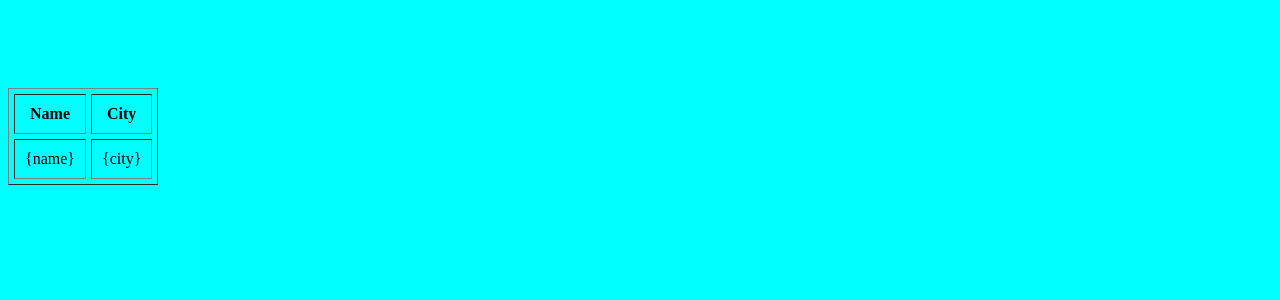
Repository: anuragtiwari3100/Java-Web-Solutions-Kit
Page: http://localhost/redirectToAnotherJspHtml/success.jsp
These files come from the project's save history. The page is drawn as it stood at one moment and after the next save; the edit follows.
The browser window is 1280 px wide. The pictures show the whole page.
The page is served by Tomcat 10. Other server files are loaded and not shown.

Above is the page before, as saved 2024-11-21 11:55:57.

### JspAndServlet/redirectToAnotherJspHtml/src/main/webapp/success.jsp
<%@ page language="java" contentType="text/html; charset=UTF-8"
    pageEncoding="UTF-8"%>
<!DOCTYPE html>
<html>
<head>
<meta charset="UTF-8">
<title>The JSp Page</title>
</head>
<body bgcolor="cyan">
    <h1><marquee>Welcome to our dynamic app</marquee></h1>
    <table border="1" cellspacing="5" cellpadding="10">
        <tr>
            <th>Name</th>
            <th>City</th>
        </tr>
        <tr>
            <td>{name}</td>
            <td>{city}</td>
        </tr>
    </table>
</body>
</html>

After the next save:
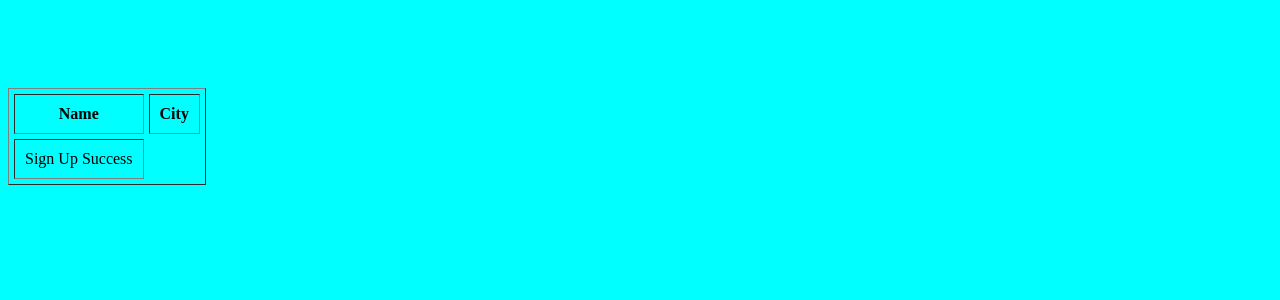
Saved 5 min 6 s later.
--- a/JspAndServlet/redirectToAnotherJspHtml/src/main/webapp/success.jsp
+++ b/JspAndServlet/redirectToAnotherJspHtml/src/main/webapp/success.jsp
@@ -14,8 +14,7 @@
             <th>City</th>
         </tr>
         <tr>
-            <td>{name}</td>
-            <td>{city}</td>
+         <td>Sign Up Success </td>
         </tr>
     </table>
 </body>
